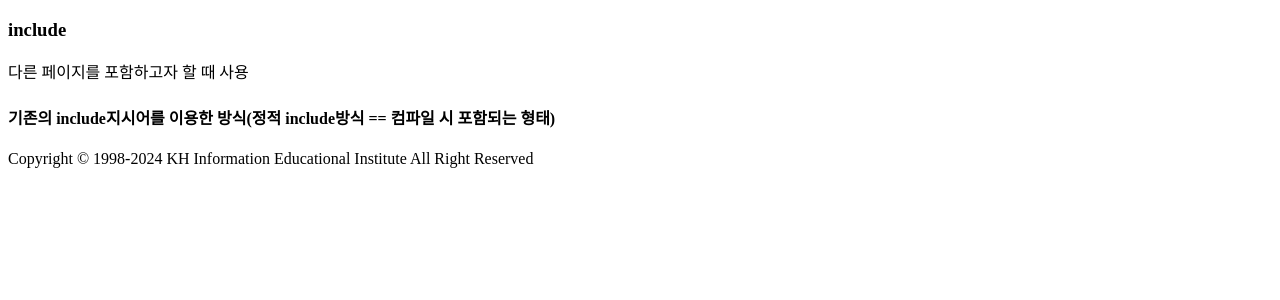
Repository: judeyong/myWebWorkSpace2
Page: http://localhost/Action_Project/views/StandardAction/01_include.jsp
These files come from the project's save history. The page is drawn as it stood at one moment and after a run of saves; the edit follows.
The browser window is 1280 px wide. The pictures show the whole page.
The page is served by Tomcat 9. Other server files are loaded and not shown.

Above is the page before, as saved 2024-04-03 03:22:39.

### Action_Project/WebContent/views/StandardAction/01_include.jsp
<%@ page language="java" contentType="text/html; charset=UTF-8"
    pageEncoding="UTF-8"%>
<!DOCTYPE html>
<html>
<head>
<meta charset="UTF-8">
<title>Insert title here</title>
</head>
<body>

	<h3>include</h3>

	<p>
		다른 페이지를 포함하고자 할 때 사용
	</p>

	<h4>기존의 include지시어를 이용한 방식(정적 include방식 == 컴파일 시 포함되는 형태)</h4>

	<%@ include file="footer.jsp" %>
	<br><br>



</body>
</html>

### Action_Project/WebContent/views/StandardAction/footer.jsp
<%@ page language="java" contentType="text/html; charset=UTF-8"
    pageEncoding="UTF-8"%>
    <%@ page import="java.text.SimpleDateFormat, java.util.Date" %>
<!DOCTYPE html>
<html>
<head>
<meta charset="UTF-8">
<title>나는 푸터야</title>
</head>
<body>
	<%
		// Date date = new Date();
		// 오늘 날짜
		// 오늘 날짜 기준으로 년도만 뽑아서 채워넣어야함
		// => SimpleDateFormat
		String year = new SimpleDateFormat("yyyy").format(new Date());
	%>

	Copyright © 1998-<%= year %> KH Information Educational Institute All Right Reserved

	<br>

</body>
</html>

After the next 3 saves:
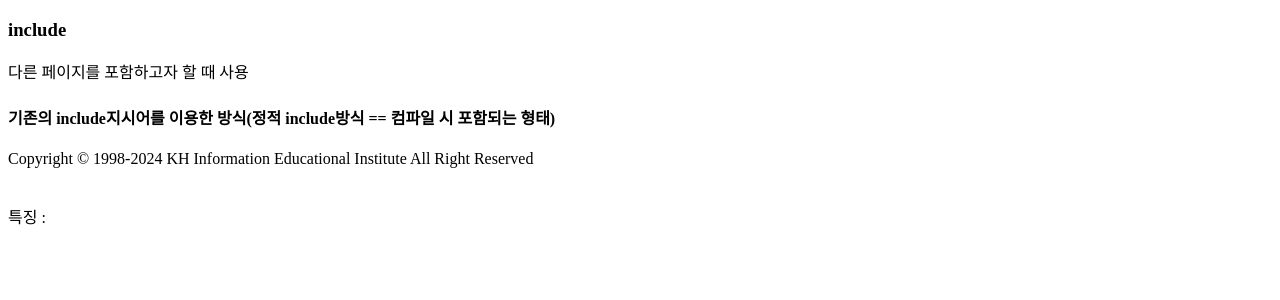
The 3 saves are shown as one change because they came seconds apart.
The last was saved 8 s later.
--- a/Action_Project/WebContent/views/StandardAction/01_include.jsp
+++ b/Action_Project/WebContent/views/StandardAction/01_include.jsp
@@ -19,7 +19,7 @@
 	<%@ include file="footer.jsp" %>
 	<br><br>
 
-
+	특징 :
 
 </body>
 </html>
